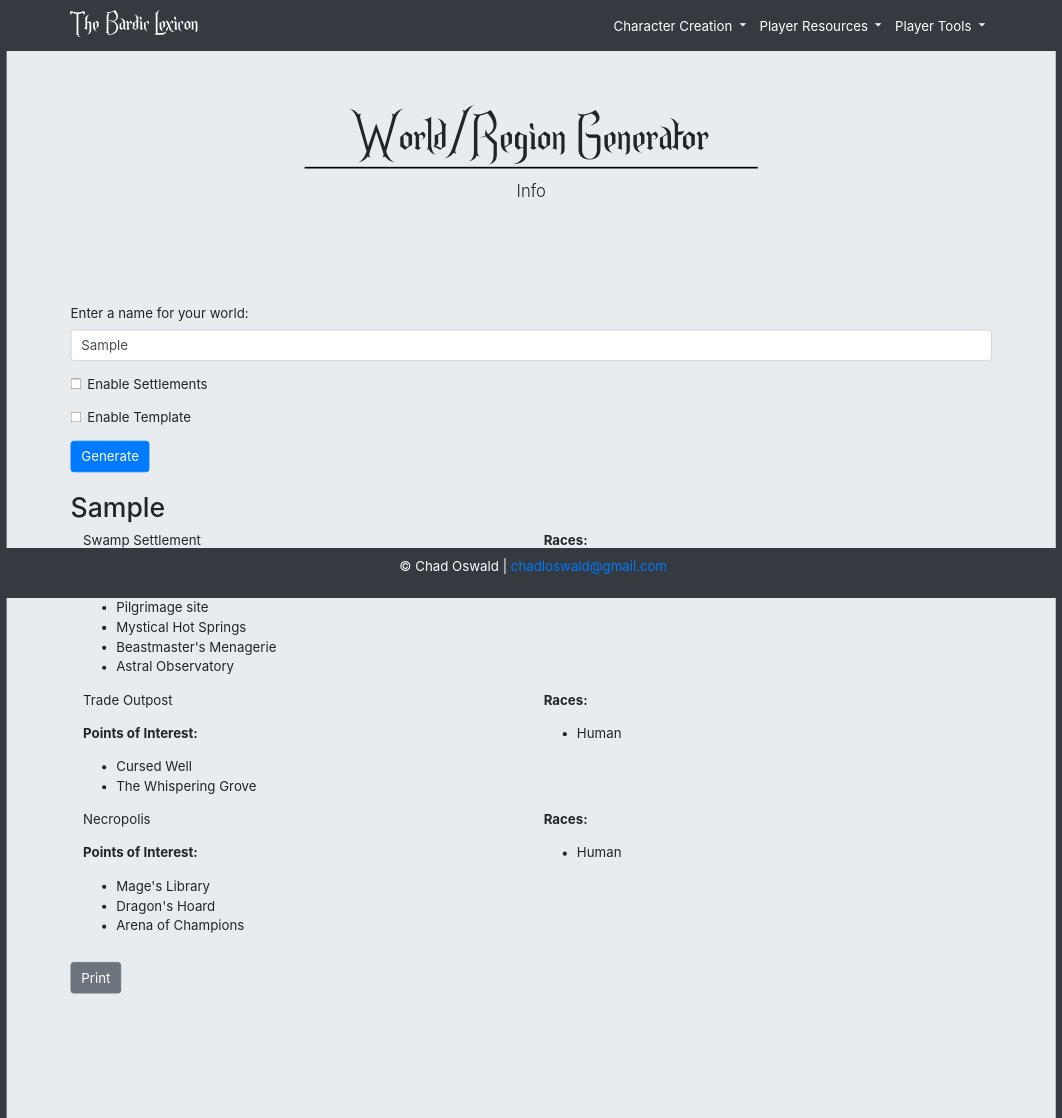
Repository: ChaidGPT/TheBardicLexicon
Page: playerTools/worldGenerator.html
The author's editor kept a copy of each file at every save. The page is drawn from the files as they stood at one save, then again after the next save.
The browser window is 1280 px wide. The pictures show the whole page, at 83% of full size.
Empty fields were first filled with sample values (such as "Sample", 5 or name@example.com).
After loading, the first visible `#worldForm` was submitted once.

Above is the page before, as saved 2024-02-05 14:22:51.

After the next save:
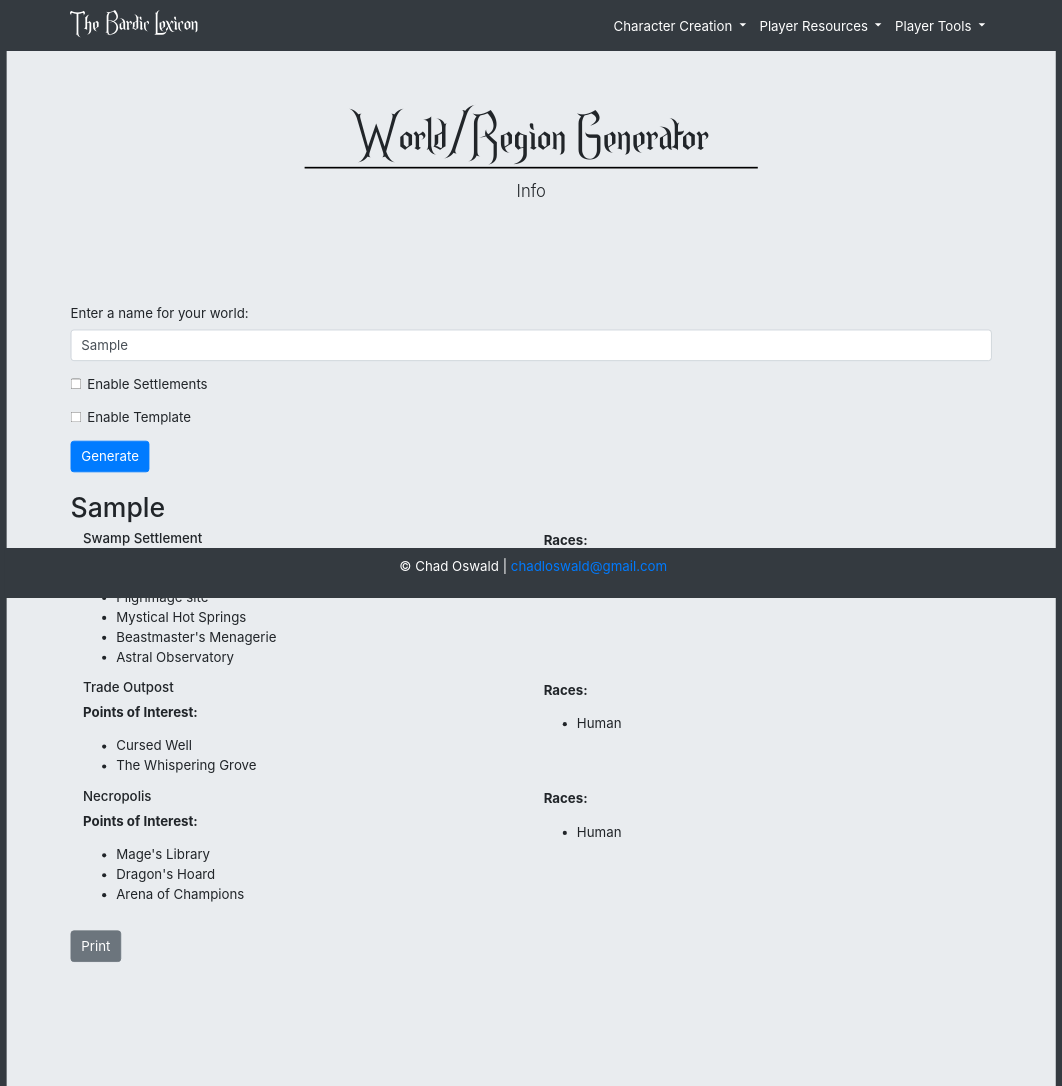
Saved 98 s later.
--- a/playerTools/worldGenerator.js
+++ b/playerTools/worldGenerator.js
@@ -434,7 +434,7 @@ document.addEventListener("DOMContentLoaded", function () {
         content += `
           <div class="row">
             <div class="col-md-6">
-              ${selectedSettlement.name}</p>
+              <h6>${selectedSettlement.name}</h6>
               <p><strong>Points of Interest:</strong></p><ul>`;
 
         content += selectedSettlementPOI
